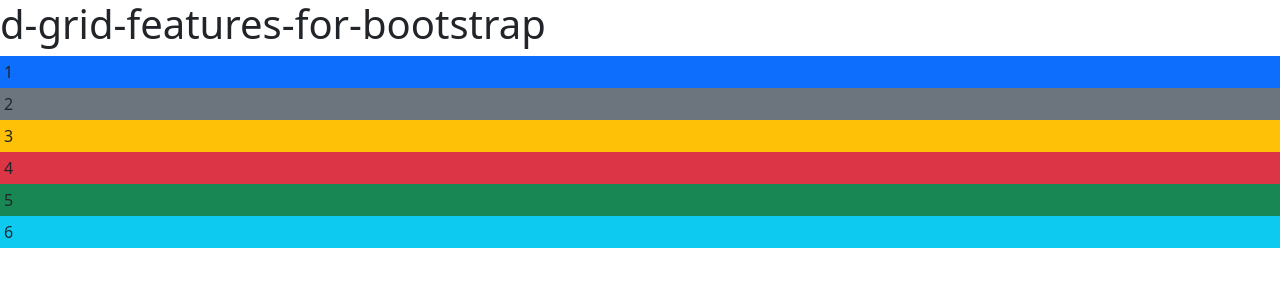
Repository: LynxPardelle/d-grid-features-for-bootstrap
Page: index.html
The author's editor kept a copy of each file at every save. The page is drawn from the files as they stood at one save, then again after the next save.
The browser window is 1280 px wide. The pictures show the whole page.

Above is the page before, as saved 2021-10-20 04:33:15.

### index.html
<!DOCTYPE html>
<html lang="en">
<head>
  <meta charset="UTF-8">
  <meta http-equiv="X-UA-Compatible" content="IE=edge">
  <meta name="viewport" content="width=device-width, initial-scale=1.0">
  <title>d-grid-features-for-bootstrap</title>
  <link href="https://cdn.jsdelivr.net/npm/bootstrap@5.1.3/dist/css/bootstrap.min.css" rel="stylesheet" integrity="sha384-1BmE4kWBq78iYhFldvKuhfTAU6auU8tT94WrHftjDbrCEXSU1oBoqyl2QvZ6jIW3" crossorigin="anonymous">
</head>
<body>
  <h1>d-grid-features-for-bootstrap</h1>

  <!-- <section class="d-grid bg-dark" data-gfbs data-gfbs-gtc="repeat(4, 1fr)" data-gfbs-gtr="repeat(2, 100px)" > -->
    <section class="d-grid bg-dark" data-gfbs data-gfbs-ga='"a b d""e c f"'>
    <div data-gfbs-ga="a" class="grid-element bg-primary p-1">
      1
    </div>
    <div data-gfbs-ga="b" class="grid-element bg-secondary p-1">
      2
    </div>
    <div data-gfbs-ga="c" class="grid-element bg-warning p-1">
      3
    </div>
    <div data-gfbs-ga="d" class="grid-element bg-danger p-1">
      4
    </div>
    <div data-gfbs-ga="e" class="grid-element bg-success p-1">
      5
    </div>
    <div data-gfbs-ga="f" class="grid-element bg-info p-1">
      6
    </div>
  </section>

  <script src="https://cdn.jsdelivr.net/npm/bootstrap@5.1.3/dist/js/bootstrap.bundle.min.js" integrity="sha384-ka7Sk0Gln4gmtz2MlQnikT1wXgYsOg+OMhuP+IlRH9sENBO0LRn5q+8nbTov4+1p" crossorigin="anonymous"></script>
  <script src="./d-grid.js"></script>
</body>
</html>

### d-grid.js
"use strict";

let gridElements = document.querySelectorAll("[data-gfbs]");
console.log(gridElements);

for (let gridElement of gridElements) {
  for (let attribute of gridElement.attributes) {
    if (attribute.localName.includes("gfbs-")) {

      console.log(attribute);

      let at = attribute.localName
      let attValue = attribute.value;
      console.log(attValue);
      console.log(typeof attValue);
      switch(true){
        case at.includes("custom"):
          gridElement.style.cssText += attValue;
        break;
        case at.includes("gtc"):
          gridElement.style.gridTemplateColumns = attValue;
        break;
        case at.includes("gtr"):
          gridElement.style.gridTemplateRows = attValue;
        break;
        case at.includes("gta"):
          gridElement.style.gridTemplateAreas = attValue;
        break;
        case at.includes("ga"):
          gridElement.style.gridArea = attValue;
          console.log(gridElement.style);
        break;
      }
    }
  }
}

After the next save:
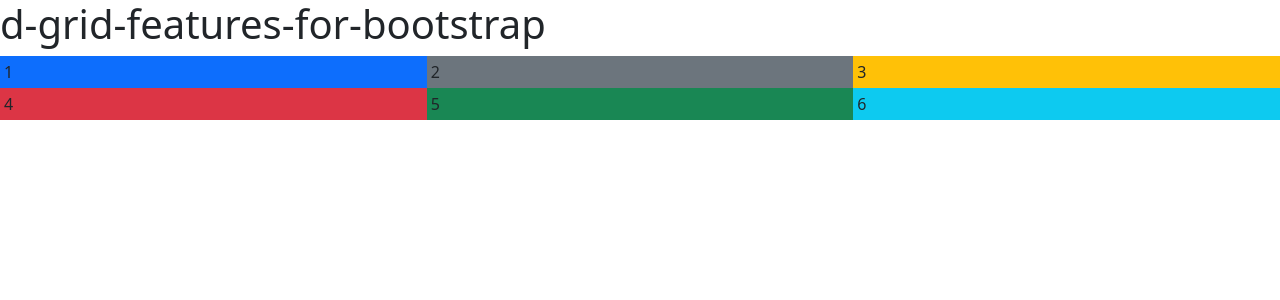
Saved 54 s later.
--- a/index.html
+++ b/index.html
@@ -11,7 +11,7 @@
   <h1>d-grid-features-for-bootstrap</h1>
 
   <!-- <section class="d-grid bg-dark" data-gfbs data-gfbs-gtc="repeat(4, 1fr)" data-gfbs-gtr="repeat(2, 100px)" > -->
-    <section class="d-grid bg-dark" data-gfbs data-gfbs-ga='"a b d""e c f"'>
+    <section class="d-grid bg-dark" data-gfbs data-gfbs-gta='"a b d""e c f"'>
     <div data-gfbs-ga="a" class="grid-element bg-primary p-1">
       1
     </div>

After the 3 saves that followed:
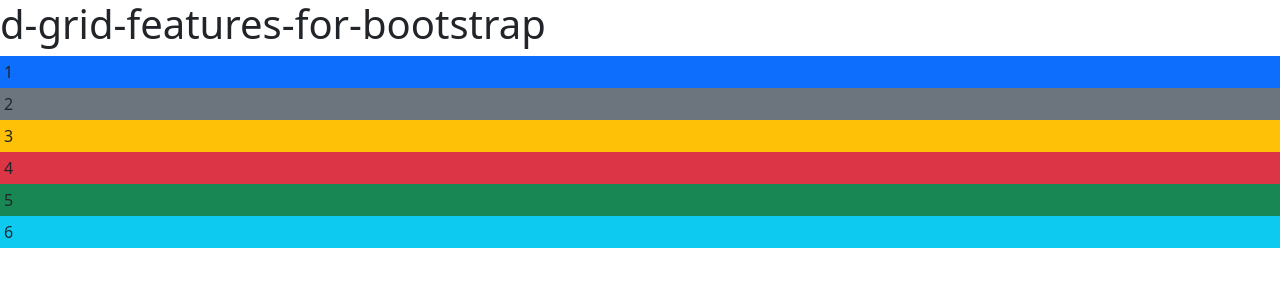
The 3 saves are shown as one change because 2 left the picture as it was.
The last was saved 58 s later.
--- a/index.html
+++ b/index.html
@@ -11,7 +11,7 @@
   <h1>d-grid-features-for-bootstrap</h1>
 
   <!-- <section class="d-grid bg-dark" data-gfbs data-gfbs-gtc="repeat(4, 1fr)" data-gfbs-gtr="repeat(2, 100px)" > -->
-    <section class="d-grid bg-dark" data-gfbs data-gfbs-gta='"a b d""e c f"'>
+    <section class="d-grid bg-dark" data-gfbs data-gfbs-gta='"a b d c""e a c f"'>
     <div data-gfbs-ga="a" class="grid-element bg-primary p-1">
       1
     </div>
--- a/d-grid.js
+++ b/d-grid.js
@@ -25,10 +25,10 @@ for (let gridElement of gridElements) {
         break;
         case at.includes("gta"):
           gridElement.style.gridTemplateAreas = attValue;
+          console.log(gridElement.style.gridTemplateAreas);
         break;
         case at.includes("ga"):
           gridElement.style.gridArea = attValue;
-          console.log(gridElement.style);
         break;
       }
     }
